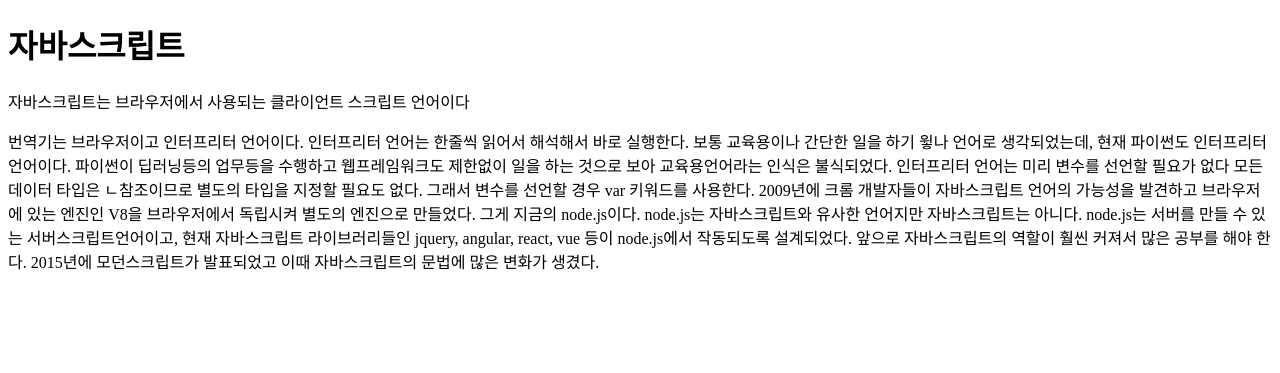
Repository: seoyeon0619/WebProgramming
Page: workspace1/myhome2/src/main/webapp/javascript/javascript1.html
An editor plug-in stored every save of this project. The page is shown before and after the next save, followed by the edit.
The browser window is 1280 px wide. The pictures show the whole page.

Above is the page before, as saved 2022-12-30 06:46:09.

After the next save:
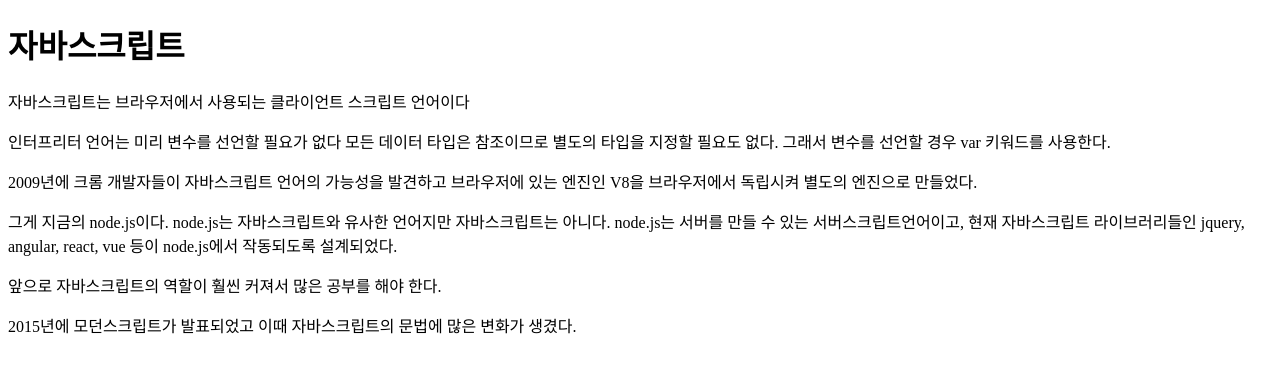
Saved 8 min 9 s later.
--- a/workspace1/myhome2/src/main/webapp/javascript/javascript1.html
+++ b/workspace1/myhome2/src/main/webapp/javascript/javascript1.html
@@ -7,19 +7,19 @@
 <body>
 	<h1>자바스크립트</h1>
 	<p>자바스크립트는 브라우저에서 사용되는 클라이언트 스크립트 언어이다</p>
-	<p>번역기는 브라우저이고 인터프리터 언어이다. 인터프리터 언어는
+	<p id="contents" style="display:none">번역기는 브라우저이고 인터프리터 언어이다. 인터프리터 언어는
 		한줄씩 읽어서 해석해서 바로 실행한다. 보통 교육용이나 간단한 일을 하기 윟나 언어로 생각되었는데,
 		현재 파이썬도 인터프리터언어이다.
 		파이썬이 딥러닝등의 업무등을 수행하고 웹프레임워크도 제한없이 일을 하는 것으로 보아 교육용언어라는 인식은 불식되었다.
-		인터프리터 언어는 미리 변수를 선언할 필요가 없다
-		모든 데이터 타입은 ㄴ참조이므로 별도의 타입을 지정할 필요도 없다.
-		그래서 변수를 선언할 경우 var 키워드를 사용한다.
-		2009년에 크롬 개발자들이 자바스크립트 언어의 가능성을 발견하고
-		브라우저에 있는 엔진인 V8을 브라우저에서 독립시켜 별도의 엔진으로 만들었다.
-		그게 지금의 node.js이다. node.js는 자바스크립트와 유사한 언어지만 자바스크립트는 아니다.
+	<p>	인터프리터 언어는 미리 변수를 선언할 필요가 없다
+		모든 데이터 타입은 참조이므로 별도의 타입을 지정할 필요도 없다.
+		그래서 변수를 선언할 경우 var 키워드를 사용한다. </p>
+	<p>	2009년에 크롬 개발자들이 자바스크립트 언어의 가능성을 발견하고
+		브라우저에 있는 엔진인 V8을 브라우저에서 독립시켜 별도의 엔진으로 만들었다.</p>
+	<p>	그게 지금의 node.js이다. node.js는 자바스크립트와 유사한 언어지만 자바스크립트는 아니다.
 		node.js는 서버를 만들 수 있는 서버스크립트언어이고, 현재 자바스크립트 라이브러리들인
-		jquery, angular, react, vue 등이 node.js에서 작동되도록 설계되었다.
-		앞으로 자바스크립트의 역할이 훨씬 커져서 많은 공부를 해야 한다.
-		2015년에 모던스크립트가 발표되었고 이때 자바스크립트의 문법에 많은 변화가 생겼다.
+		jquery, angular, react, vue 등이 node.js에서 작동되도록 설계되었다.</p>
+	<p>	앞으로 자바스크립트의 역할이 훨씬 커져서 많은 공부를 해야 한다.</p>
+	<p>	2015년에 모던스크립트가 발표되었고 이때 자바스크립트의 문법에 많은 변화가 생겼다.</p>
 </body>
 </html>
